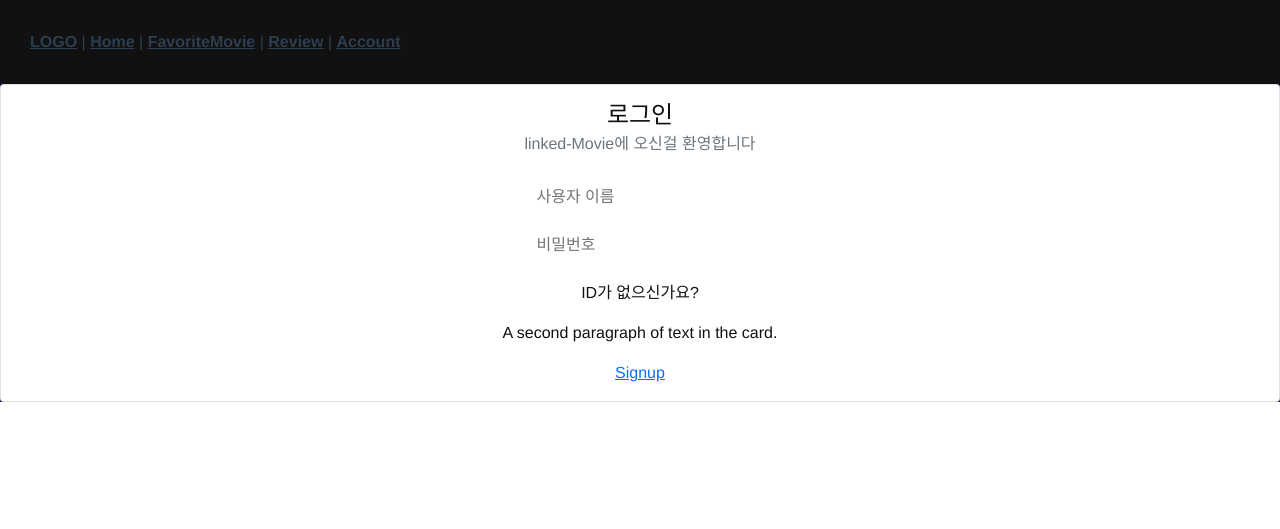
Repository: chomyoenggeun/linkedmovie
Page: /account/login (app in front/)
These files come from the project's save history. The page is drawn as it stood at one moment and after the next save; the edit follows.
The browser window is 1280 px wide. The pictures show the whole page.
The project was rebuilt for these pictures with package versions that can differ from the ones it lists, and the page was loaded fresh each time. Also part of the build but not shown: front/vue.config.js, front/src/components/MovieCard.vue, front/src/views/Home.vue, front/src/views/accounts/Account.vue, front/src/views/accounts/Signup.vue, front/src/views/FavoriteMovie.vue, front/src/views/Mypage.vue, front/src/components/DmovieReviewItem.vue and 10 more.

Above is the page before, as saved 2021-11-24 05:03:13.

After the next save:
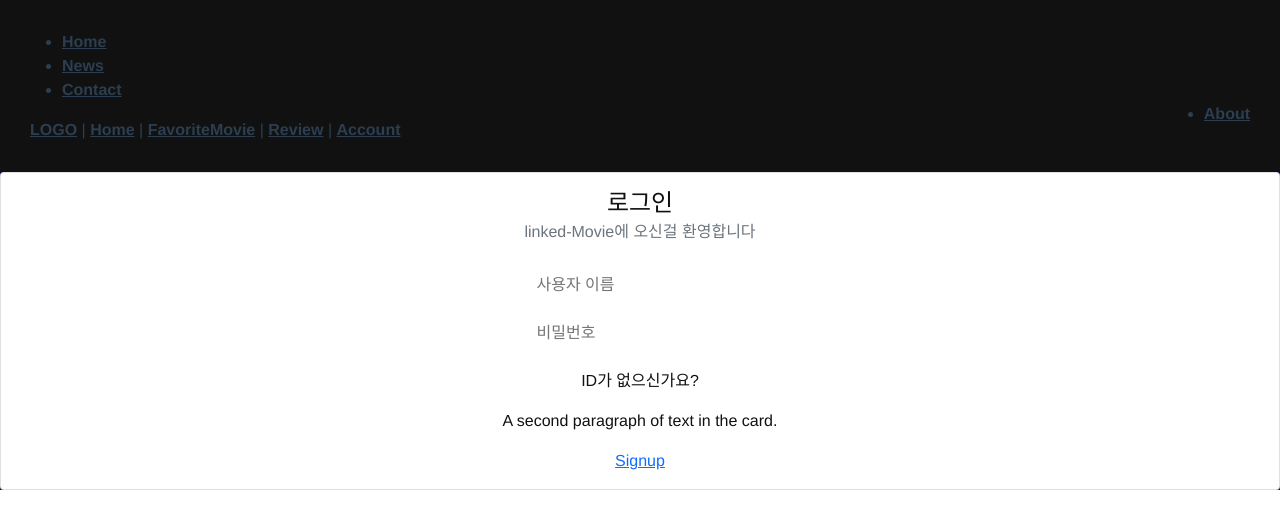
Saved 5 min 16 s later.
--- a/front/src/App.vue
+++ b/front/src/App.vue
@@ -1,6 +1,13 @@
 <template>
   <div id="app">
     <div id="nav">
+      <ul class="horizontal">
+        <li><a class="active" href="javascript:void(0)">Home</a></li>
+        <li><a href="javascript:void(0)">News</a></li>
+        <li><a href="javascript:void(0)">Contact</a></li>
+        <li class="rightli" style="float:right"><a href="javascript:void(0)">About</a></li>
+      </ul>
+
       <router-link class="menubt" to="/home">LOGO</router-link> |
       <router-link class="menubt" to="/home">Home</router-link> |
       <router-link class="menubt" to="/favorite-movie">FavoriteMovie</router-link> |
